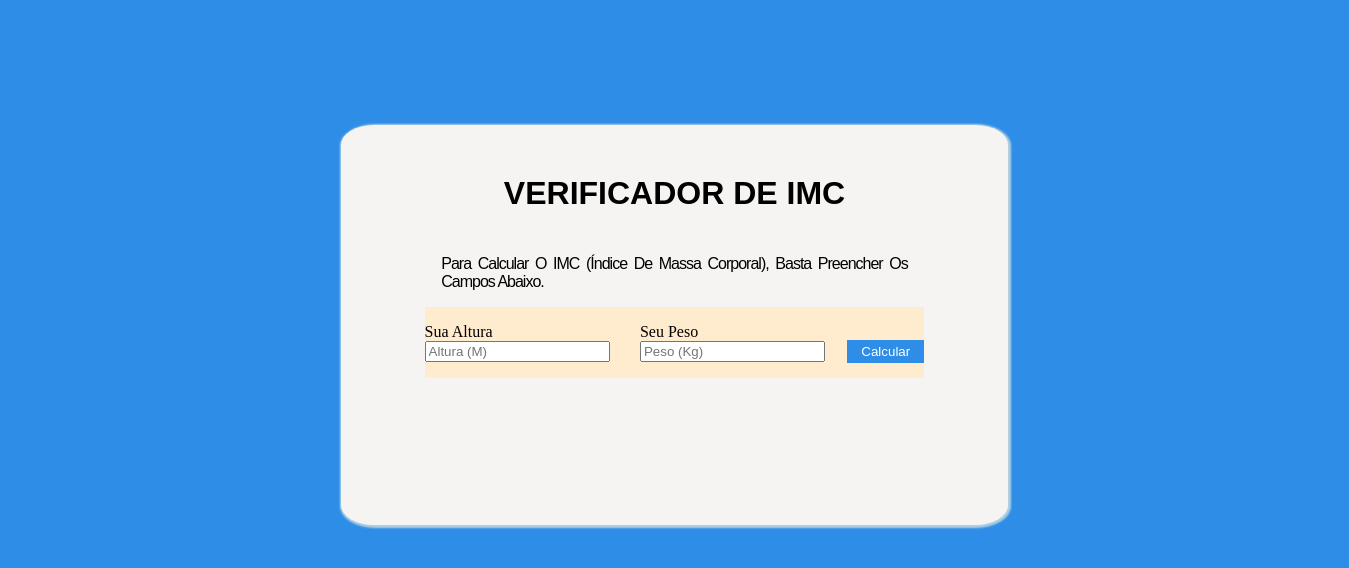
Repository: Ramonuriel/JS-Projetos
Page: Verificador de IMC/index.html
The author's editor kept a copy of each file at every save. The page is drawn from the files as they stood at one save, then again after the next save.
The browser window is 1280 px wide. The page is 1349 px wide, so the pictures cover 1349 px, including what lies to the right of the window. The pictures show the whole page.

Above is the page before, as saved 2022-11-15 21:56:28.

### Verificador de IMC/index.html
<!DOCTYPE html>
<html lang="pt-BR">

<head>
  <meta charset="UTF-8">
  <meta http-equiv="X-UA-Compatible" content="IE=edge">
  <meta name="viewport" content="width=device-width, initial-scale=1.0">
  <link rel="stylesheet" href="/CSS/style.css">
  <title>Como está o seu IMC ?</title>
</head>

<body>
  <section class="box">
    <H1 class="title">Verificador de IMC</H1>

    <p class="subtitle">Para calcular o IMC (Índice de Massa Corporal), basta preencher os campos abaixo.

    </p>

    <div class="input">
      <p>
        <label for="altura" class="text-input">sua altura</label>
        <input type="number" name="" id="altura" min="0" required placeholder="Altura (M)">
      </p>
      <p>
        <label for="peso" class="text-input">seu peso</label>
        <input type="number" name="" id="peso" min="0" required placeholder="Peso (Kg)">
      </p>
      <button class="btn" type="submit">Calcular</button>
    </div>

    <div class="resultado"></div>

  </section>

</body>

</html>

### Verificador de IMC/CSS/style.css
html {
  margin: 0%;
  padding: 0%;
  width: 1349px;
}

body {
  background: rgb(45, 141, 231);
}
.title {
  margin-top: 50px;
  font-size: 2rem;
  font-family: Arial, sans-serif;
  font-weight: 600;
  text-transform: uppercase;
}

.subtitle {
  margin-left: 100px;
  margin-right: 100px;
  text-align: justify;
  font-size: 1rem;
  font-family: Arial, sans-serif;
  font-weight: 500;
  text-transform: capitalize;
  letter-spacing: -1px;
}

.box {
  margin: auto;
  margin-top: 125px;
  display: flex;
  flex-direction: column;
  border-radius: 5%;
  width: 50%;
  height: 400px;
  background-color: rgb(245, 244, 243);
  box-shadow: 1px 1px 2px 2px rgb(178, 208, 226);

  justify-items: center;
  align-items: center;
}

.input {
  width: 75%;
  background-color: blanchedalmond;
  justify-content: center;
  display: inline-flex;
  flex-direction: row;
}

.text-input {
  font-size: 1rem;
  text-transform: capitalize;
}

.btn {
  width: 18%;
  height: 23px;
  margin-top: 33px;
  background: rgb(45, 141, 231);
  color: white;
  border: white;
  cursor: pointer;
}

After the next save:
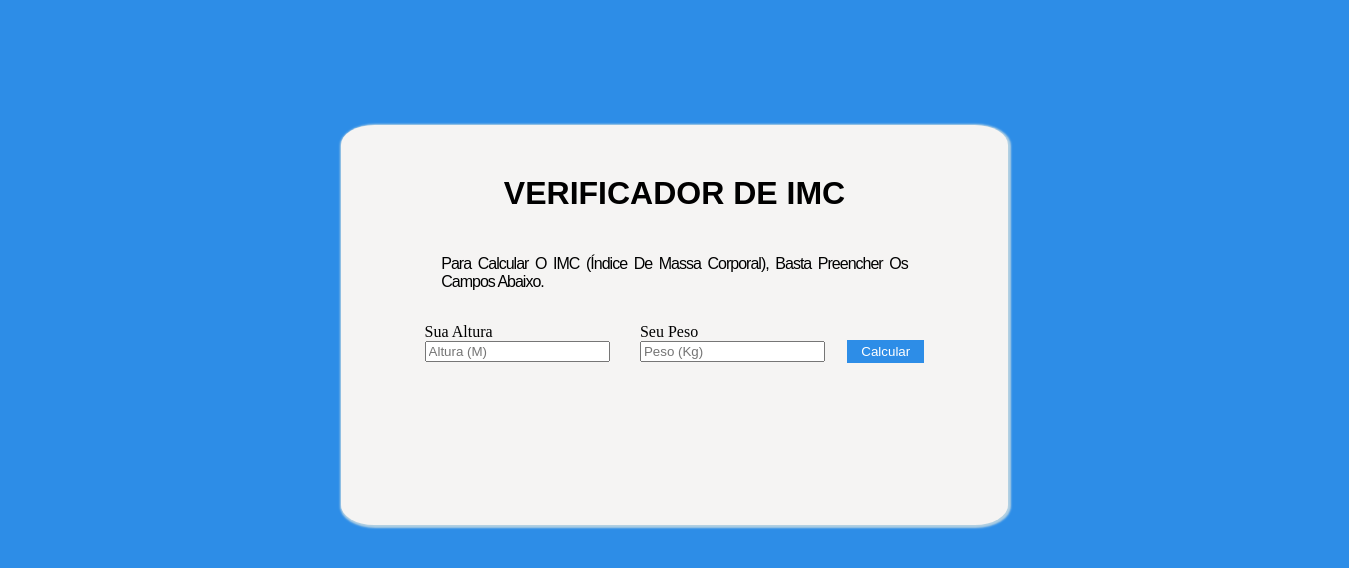
Saved 24 s later.
--- a/Verificador de IMC/CSS/style.css
+++ b/Verificador de IMC/CSS/style.css
@@ -43,7 +43,6 @@ body {
 
 .input {
   width: 75%;
-  background-color: blanchedalmond;
   justify-content: center;
   display: inline-flex;
   flex-direction: row;
